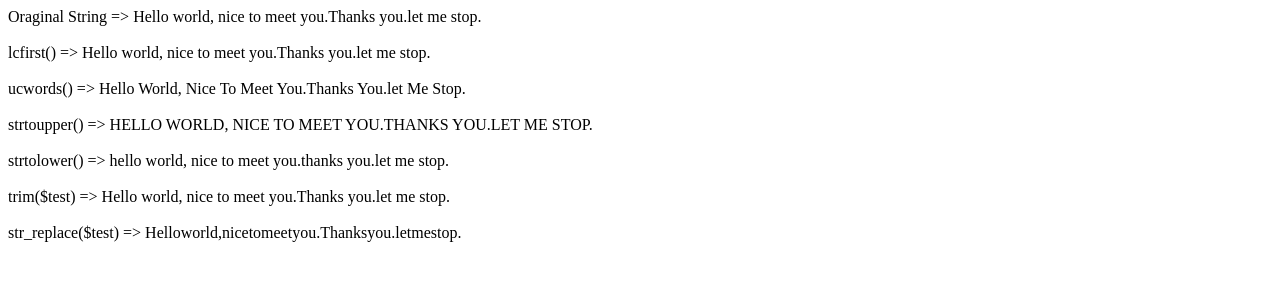
Repository: zinminkhantoo/assignment01
Page: http://localhost/String/printf_fprintf.php
The author's editor kept a copy of each file at every save. The page is drawn from the files as they stood at one save, then again after the next save.
The browser window is 1280 px wide. The pictures show the whole page.
The page is run by PHP 8.4 with error messages shown; the project is at /var/www/html/.

Above is the page before, as saved 2020-04-12 10:14:19.

After the next save:
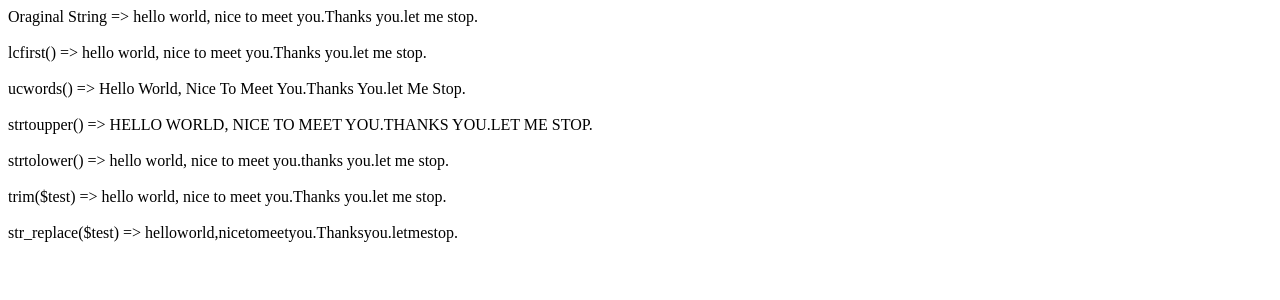
Saved 25 s later.
--- a/Test/String/printf_fprintf.php
+++ b/Test/String/printf_fprintf.php
@@ -1,5 +1,5 @@
 <?php
-    $test = " Hello world, nice to meet you.Thanks you.let me stop. ";
+    $test = " hello world, nice to meet you.Thanks you.let me stop. ";
     $enter = "</br></br>";
     echo "Oraginal String =>".$test.$enter;
     echo "lcfirst() => ".lcfirst($test).$enter;

After the save that followed:
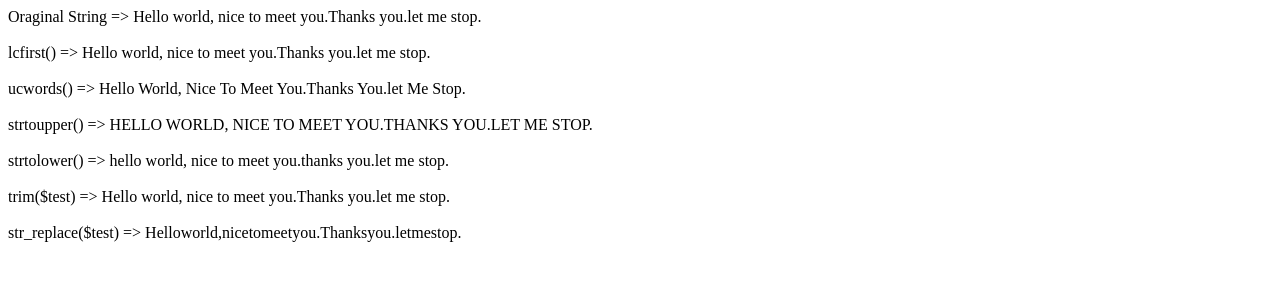
Saved 2 min 7 s later.
--- a/Test/String/printf_fprintf.php
+++ b/Test/String/printf_fprintf.php
@@ -1,5 +1,5 @@
 <?php
-    $test = " hello world, nice to meet you.Thanks you.let me stop. ";
+    $test = " Hello world, nice to meet you.Thanks you.let me stop. ";
     $enter = "</br></br>";
     echo "Oraginal String =>".$test.$enter;
     echo "lcfirst() => ".lcfirst($test).$enter;
